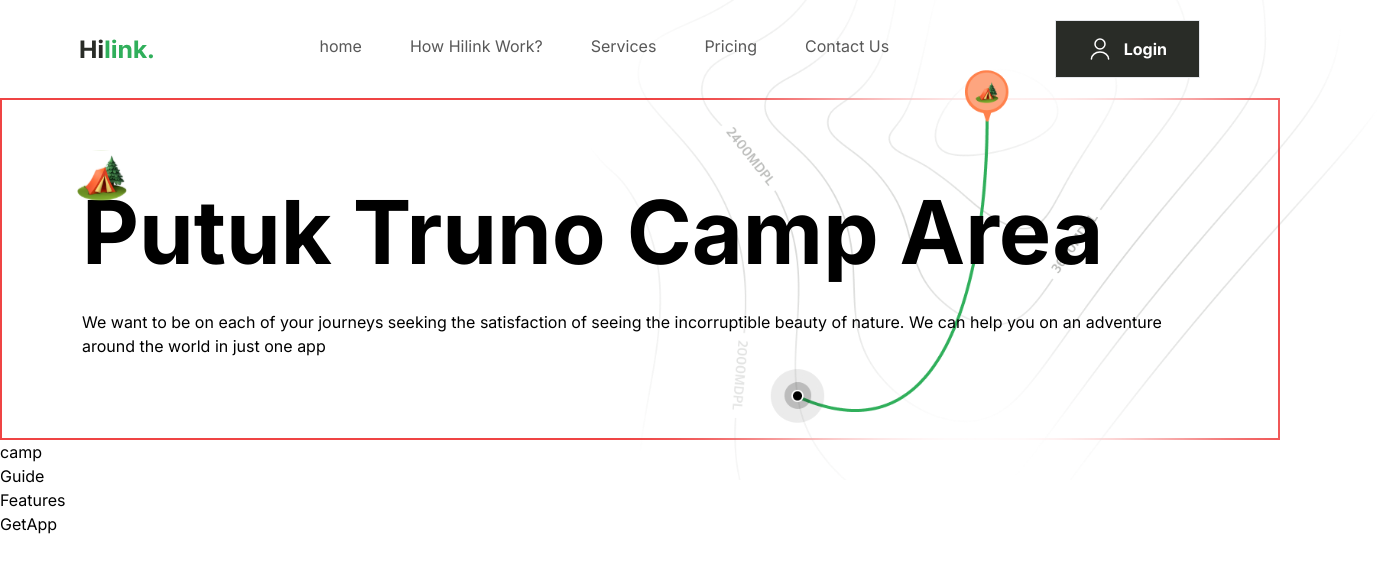
Repository: abdulrahmanmahmood/Travel-App
Page: /
These files come from the project's save history. The page is drawn as it stood at one moment and after a run of saves; the edit follows.
The browser window is 1280 px wide. The page is 1392 px wide, so the pictures cover 1392 px, including what lies to the right of the window. The pictures show the whole page.
The project was rebuilt for these pictures with package versions that can differ from the ones it lists, and the page was loaded fresh each time. The framework's server and built-in components were replaced by stand-ins that run in the browser. Also part of the build but not shown: next.config.js.

Above is the page before, as saved 2023-11-01 14:21:35.

After the next 3 saves:
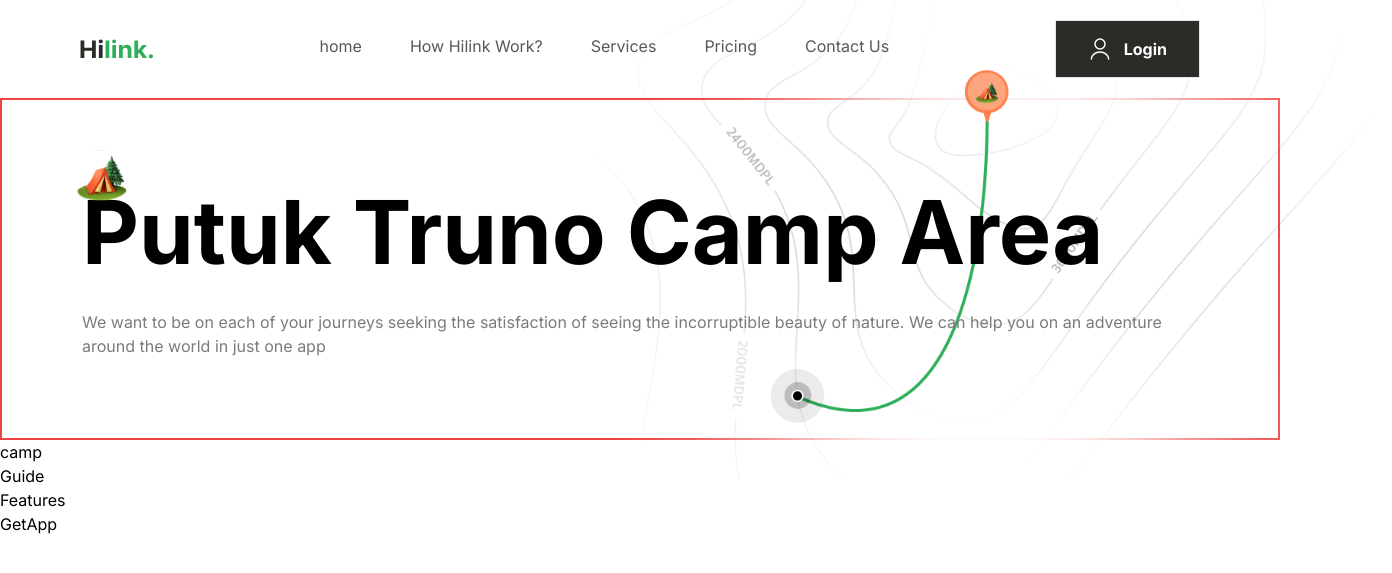
The 3 saves are shown as one change because they came seconds apart.
The last was saved 13 s later.
--- a/components/Hero.tsx
+++ b/components/Hero.tsx
@@ -17,7 +17,7 @@ function Hero() {
           className="absolute left-[-5px] top-[-30px] w-10 lg:w-[50px]"
         />
         <h1 className="bold-52 lg:bold-88">Putuk Truno Camp Area</h1>
-        <p className="regular-16 mt-6">
+        <p className="regular-16 mt-6 text-gray-30">
           We want to be on each of your journeys seeking the satisfaction of
           seeing the incorruptible beauty of nature. We can help you on an
           adventure around the world in just one app
